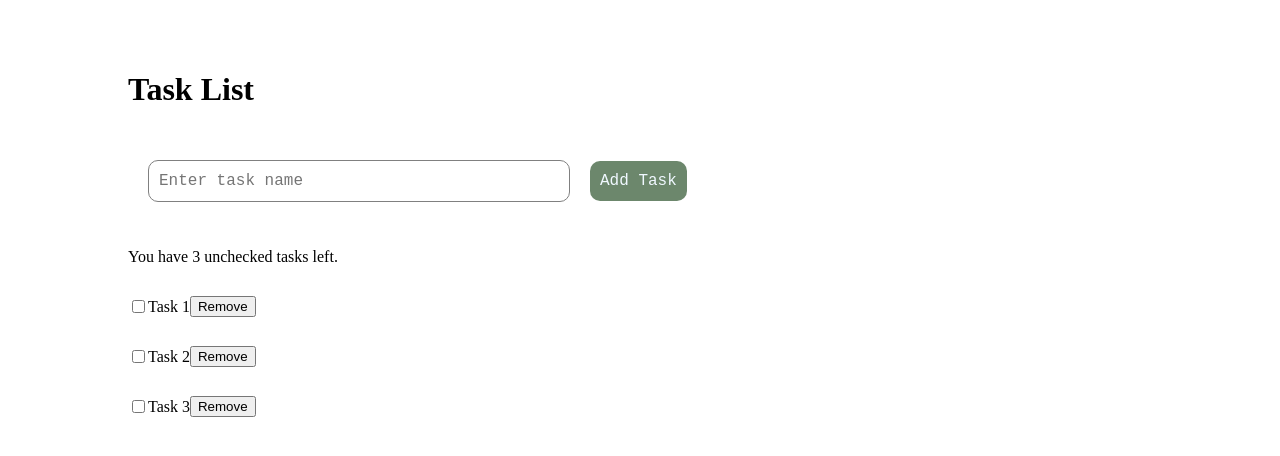
Repository: SandyLy453/task-list
Page: /
The author's editor kept a copy of each file at every save. The page is drawn from the files as they stood at one save, then again after the next save.
The browser window is 1280 px wide. The pictures show the whole page.
The project was rebuilt for these pictures with package versions that can differ from the ones it lists, and the page was loaded fresh each time. Also part of the build but not shown: vite.config.js.

Above is the page before, as saved 2024-10-11 15:24:23.

### src/App.jsx
import { useState } from 'react';
import Task from './components/Task';
import TaskForm from './components/TaskForm';

function App() {
  const [tasks, setTasks] = useState([
    { name: 'Task 1', checked: false },
    { name: 'Task 2', checked: false },
    { name: 'Task 3', checked: false }
  ]);

  // Function to calculate the number of unchecked tasks
  const getUncheckedCount = () => {
    return tasks.filter((task) => !task.checked).length;
  };

  // Function to add a new task
  const addTask = (taskName) => {
    setTasks([...tasks, { name: taskName, checked: false }]); // New tasks are unchecked by default
  };

  // Function to remove a task
  const removeTask = (taskName) => {
    setTasks(tasks.filter((task) => task.name !== taskName));
  };

  // Function to toggle the task status
  const toggleTaskStatus = (taskName) => {
    const updatedTasks = tasks.map((task) =>
      task.name === taskName ? { ...task, checked: !task.checked } : task
    );
    setTasks(updatedTasks); // Update the task's checked status in the parent state
  };

  return (
    <>
      <div className="container">
        <h1>Task List</h1>
        <TaskForm addTask={addTask} />
        <p>You have {getUncheckedCount()} unchecked tasks left.</p>
        <div>
          {tasks.map((task, index) => (
            <Task
              key={index}
              name={task.name}
              checked={task.checked}
              toggleTaskStatus={toggleTaskStatus}
              removeTask={removeTask}
            />
          ))}
        </div>
      </div>
    </>
  );
}

export default App;

### src/index.css
.container {
  padding: 20px;
  margin: 30px 100px;
}

.inputBox {
  padding: 10px 0 10px 0;
}

.input {
  height: 20px;
  width: 400px;
  padding: 10px;
  font-size: 16px;
  font-family: monospace;
  margin: 20px;
  border-radius: 10px;
  border: 1px solid gray;
}

.sm-btn{
  height: 40px;
  padding: 10px;
  font-size: 16px;
  font-family: monospace;
  background-color: rgb(108, 135, 108);
  color: aliceblue;
  border: none;
  border-radius: 10px;
}

.sm-btn:hover {
  background-color: rgb(84, 103, 84);
}

.task {
  display: flex;
  flex-direction: row;
  align-items: center;
  gap 20px
}

### src/components/Task.jsx
import { useRef, useEffect } from "react";

export default function Task({ name, checked, removeTask, toggleTaskStatus }) {
  const checkboxRef = useRef(null);
  const taskNameRef = useRef(null);

  useEffect(() => {
    const checkbox = checkboxRef.current;
    const crossText = taskNameRef.current;

    // Handle the initial checked state
    if (checked) {
      checkbox.checked = true;
      crossText.style.textDecoration = "line-through";
    } else {
      checkbox.checked = false;
      crossText.style.textDecoration = "none";
    }

    const handleCheckBoxChange = () => {
      toggleTaskStatus(name);
    };

    checkbox.addEventListener("change", handleCheckBoxChange);

    return () => {
      checkbox.removeEventListener("change", handleCheckBoxChange);
    };
  }, [name, checked, toggleTaskStatus]);

  return (
    <>
      <div className="task">
        <label>
          <input type="checkbox" ref={checkboxRef} />
        </label>
        <p ref={taskNameRef}>{name}</p>
        <button className="task-delete" onClick={() => removeTask(name)}>
          Remove
        </button>
      </div>
    </>
  );
}

### src/components/TaskForm.jsx
import { useState } from "react";

export default function TaskForm({ addTask }) {
  const [inputValue, setInputValue] = useState("");

  const handleSubmit = (e) => {
    e.preventDefault();
    if (inputValue.trim() !== "") {
      addTask(inputValue);
      setInputValue(""); // clear the input
    }
  };

  return (
    <form onSubmit={handleSubmit} className="inputBox">
      <input
        type="text"
        value={inputValue}
        onChange={(e) => setInputValue(e.target.value)}
        placeholder="Enter task name"
        className="input"
      />
      <button type="submit" className="sm-btn">Add Task</button>
    </form>
  );
}

Loaded but not shown: index.html (common file); src/main.jsx (common file)

After the next save:
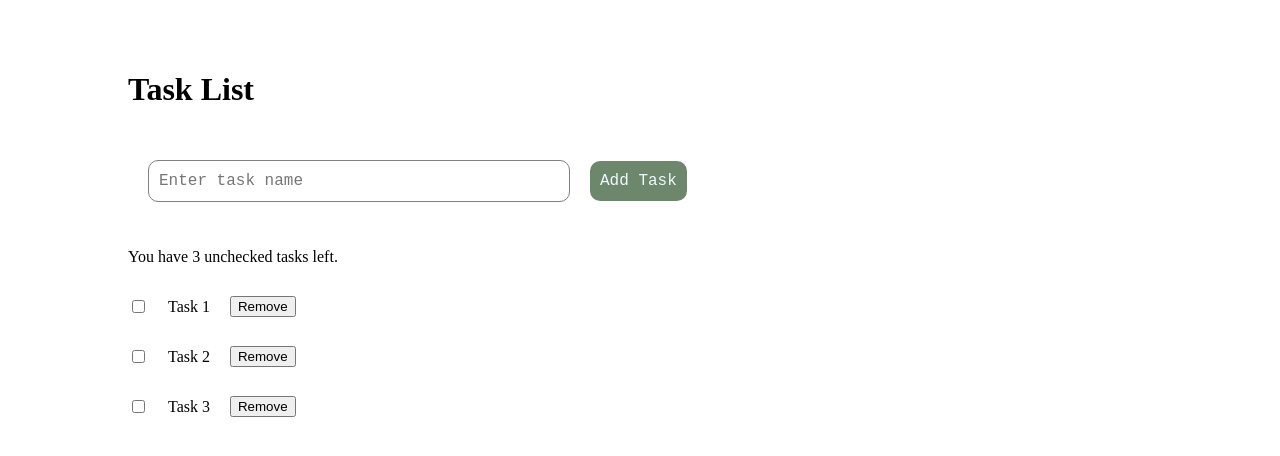
Saved 4 s later.
--- a/src/index.css
+++ b/src/index.css
@@ -37,5 +37,5 @@
   display: flex;
   flex-direction: row;
   align-items: center;
-  gap 20px
+  gap: 20px;
 }
